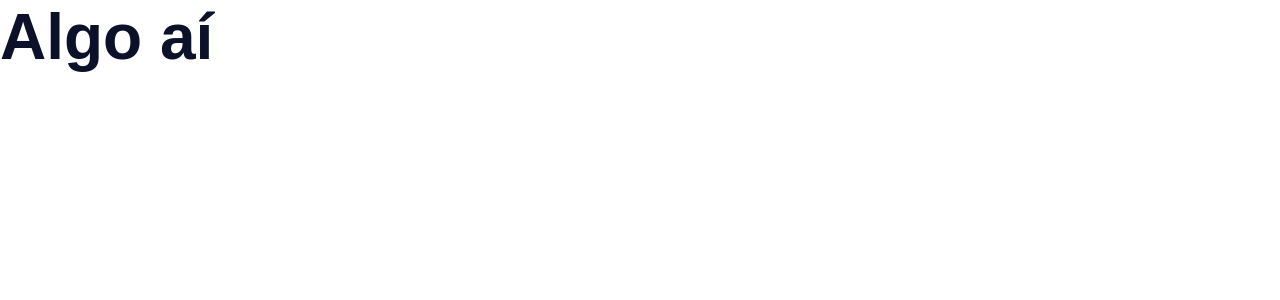
Repository: MatheusAlvesPereiraRosa/landing-pages-front
Page: /
The author's editor kept a copy of each file at every save. The page is drawn from the files as they stood at one save, then again after the next save.
The browser window is 1280 px wide. The pictures show the whole page.
The project was rebuilt for these pictures with package versions that can differ from the ones it lists, and the page was loaded fresh each time.

Above is the page before, as saved 2023-05-23 16:25:36.

After the next save:
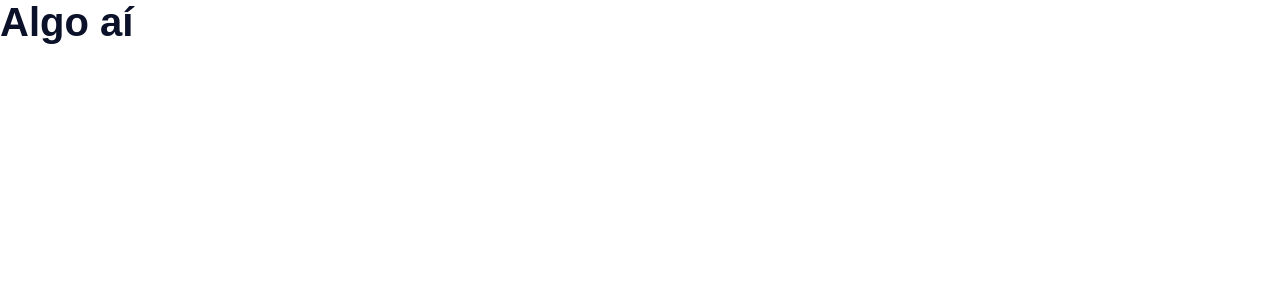
Saved 113 s later.
--- a/src/components/Heading/styles.js
+++ b/src/components/Heading/styles.js
@@ -2,12 +2,15 @@ import styled, { css } from 'styled-components'
 
 const titleSize = {
   small: (theme) => css`
-    font-size: ${theme.fonts.sizes.small};
+    font-size: ${theme.fonts.sizes.medium};
   `,
   medium: (theme) => css`
     font-size: ${theme.fonts.sizes.large}
   `,
   big: (theme) => css`
+    font-size: ${theme.fonts.sizes.xlarge}
+  `,
+  huge: (theme) => css`
     font-size: ${theme.fonts.sizes.xhuge}
   `,
 }
